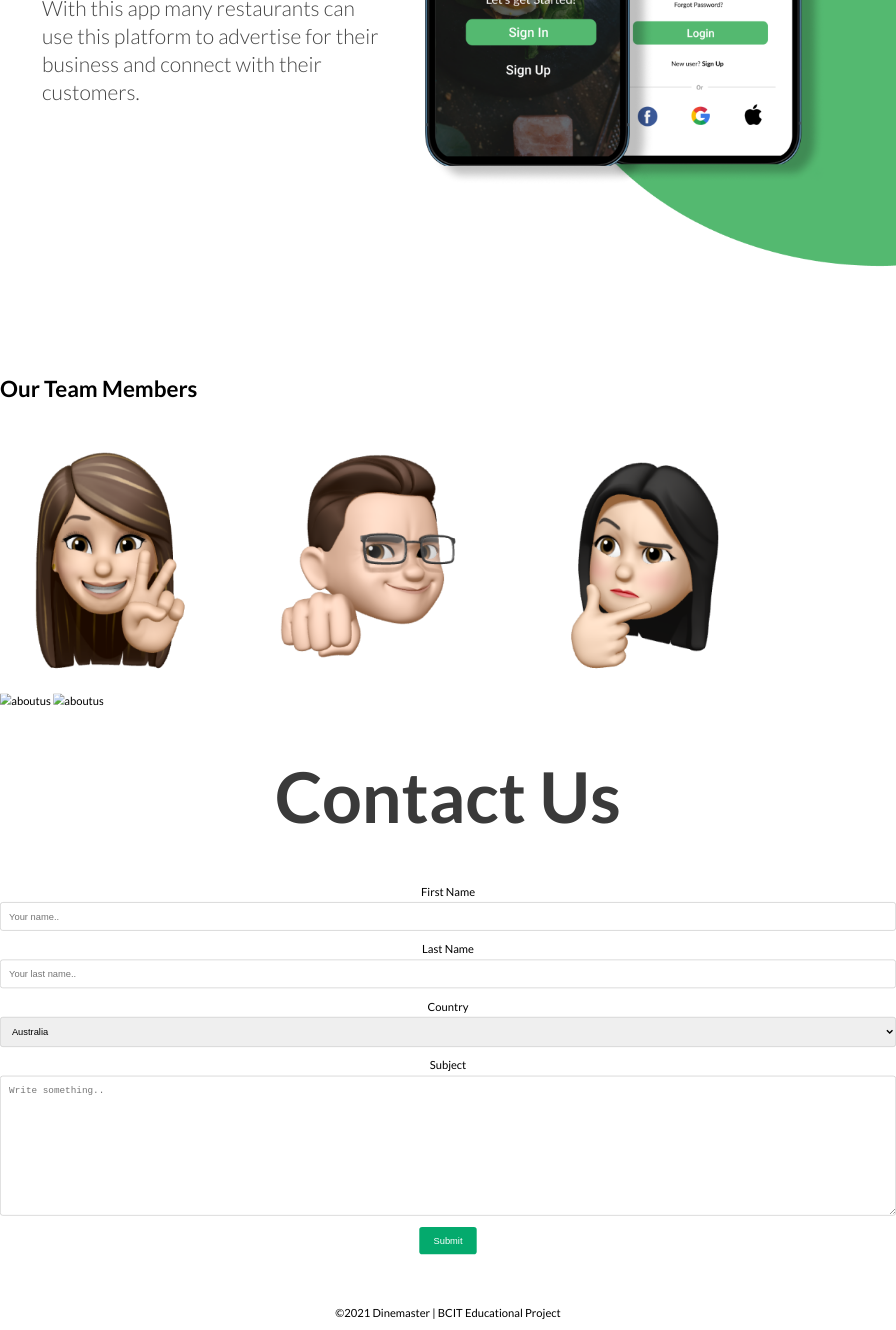
Repository: leahma1208/dinemaster
Page: index.html
These files come from the project's save history. The page is drawn as it stood at one moment and after a run of saves; the edit follows.
The browser window is 1280 px wide. The pictures show the part of the page from y = 3704 to 5624 px (the page is 5604 px tall before and 5624 px after), at 70% of full size.
A picture or video elsewhere on the page could not be fetched, so the positions and the page height are approximate.

Above is the page before, as saved 2021-05-07 12:25:18.

### index.html
<!DOCTYPE html>
<html lang="en">
<head>
    <meta charset="UTF-8">
    <meta http-equiv="X-UA-Compatible" content="IE=edge">
    <meta name="viewport" content="width=device-width, initial-scale=1.0">
    <link rel="stylesheet" href="style.css">
    <link rel="preconnect" href="https://fonts.gstatic.com">
<link href="https://fonts.googleapis.com/css2?family=Lato:ital,wght@0,300;0,400;0,700;0,900;1,400;1,700;1,900&display=swap" rel="stylesheet">
    <title>Dinemaster</title>
</head>
<body>
    <div class="holder">
    <div class="main-nav">
        <div class="logo"><img src="/img/Logo.svg" alt=""></div>
        <div class="nav">
            <a href="#feature">Features</a>
            <a href="#down">Download</a>
            <a href="#about">About us</a>
        </div>
    </div>
<!-- =========INTRO================= -->
    <div class="col intro">
        <div class="head-cont">
            <div class="head">Share, Post, Like &<br> Review Restaurants</div>
            <div class="text">Share your favourite restaurants visits with your friends and family! Keep track of your visits and rate other restaurants.</div>
        </div>

        <div class="vid">
            <iframe width="700" height="400" src="https://www.youtube.com/watch?v=QAF69FwPSKw" title="YouTube video player" frameborder="0" allow="accelerometer; autoplay; clipboard-write; encrypted-media; gyroscope; picture-in-picture" allowfullscreen></iframe>
        </div>

    </div>

<!-- =========PERSONAL ACCOUNTS================= -->
    <div class="col personal" id="feature">
        <div class="personal-img">
            <img src="/img/personal.svg" alt="personal">
        </div>

        <div class="per-cont">
            <div class="head">Personal Accounts</div>
            <div class="text ">Post your favourite meal and keep track of your previous visits! Recommend your favourite restaurants to your friends and family.</div>
        </div>
    </div>


    <!-- =========BUSINESS ACCOUNTS================= -->
    <div class="col business">

        <div class="per-cont">
            <div class="head">Business Accounts</div>
            <div class="text ">Are you a business owner? Advertise your business by posting your restaurant menus and daily specials. Also, receive customer feedbacks to improve and promote your business.</div>
        </div>

        <div class="business-img">
            <img src="/img/business.svg" alt="business">
        </div>
    </div>

    <!--================ DOWNLOAD APP============== -->
    <div class="download" id="down">
        <div class="down-cont">
            <div class="bighead">Download App</div>
            <div class="text">Install the app today to share your favourite restaurants with your friends and family!</div>
        </div>
        <div class="down-img">
            <img src="/img/download.svg" alt="download">
        </div>
        <div class="down-buttons">
            <img src="/img/app store.svg" alt="app store">
            <img src="/img/google play.svg" alt="playstore">
        </div>
    </div>

     <!-- =========ABOUT US================= -->
        <div class="col aboutus" id="about">

            <div class="per-cont">
                <div class="head">About Us</div>
                <h2 class="dine">Dinemaster</h2>
                <div class="text ">Dinemaster allows users to share their personal experience with a restaurant that they have visited. With this app many restaurants can use this platform to advertise for their business and connect with their customers.</div>
            </div>

            <div class="business-img">
                <img src="/img/Aboutus.png" alt="aboutus">
            </div>
        </div>

<!-- =========Team Members================= -->
        <div>
            <h1>Our Team Members</h1>
            <div class="img1">
                <img src="/img/image 4.png" alt="Maria Monay">
                <img src="/img/image 5.png" alt="Lance Bulseco">
                <img src="/img/39f8df7f1b6dbd378f3a219a0ab0f1ef-sticker 1.png" alt="Leah Ma">
            </div>
            <div class="img2">
                <img src="" alt="aboutus">
                <img src="" alt="aboutus">
            </div>
        </div>

<!-- =========Contact Us================= -->
        <div>
            <h1 class="Contact">Contact Us</h1>
            <form action="/action_page.php" class="submit">
                <label for="fname">First Name</label>
                <input type="text" id="fname" name="firstname" placeholder="Your name..">

                <label for="lname">Last Name</label>
                <input type="text" id="lname" name="lastname" placeholder="Your last name..">

                <label for="country">Country</label>
                <select id="country" name="country">
                  <option value="australia">Australia</option>
                  <option value="canada">Canada</option>
                  <option value="usa">USA</option>
                </select>

                <label for="subject">Subject</label>
                <textarea id="subject" name="subject" placeholder="Write something.." style="height:200px"></textarea>

                <input type="submit" value="Submit" >
              </form>
        </div>
<br>
<br>
<br>
<!-- =========Copy Right================= -->
<div class="copyright">
    <p>©2021 Dinemaster | BCIT Educational Project</p>
</div>
</div>
</body>
</html>

### style.css
body ,
html {
  margin: 0;
}

.holder {
  font-family: "Lato", sans-serif;
}

/* ===============NAV BAR============ */
.main-nav {
  display: flex;
  padding-top: 50px;
  justify-content: space-between;
  max-width: 90vw;
  margin: auto;
}

.logo > img {
  width: 350px;
}

.nav {
  display: flex;
  justify-content: space-between;
  min-width: 650px;
}

.nav > a {
  text-decoration: none;
  color: #222222;
  font-size: 30px;
}

a:hover {
  color: #727272;
}
/* ===========FIRST COL=================== */

.col {
  display: flex;
}

.intro {
  max-width: 90vw;
  margin: auto;
  margin-top: 300px;
  justify-content: space-between;
}

.head {
  font-size: 60px;
  color: #3a3a3a;
  font-weight: 400;
}
.text {
  font-size: 30px;
  line-height: 40px;
  color: #444444;
  margin-top: 30px;
  font-weight: 300;
  max-width: 700px;
}

.vid {
  margin-left: 100px;
}

/* ========PERSONAL============== */
.personal {
  margin-top: 150px;
  justify-content: space-between;
}

.personal-img {
  margin-right: 100px;
}

.per-cont {
  margin: auto;
  padding: 60px;
}

/* ========BUSINESS============== */
.business {
  margin-top: 100px;
  justify-content: space-between;
}

/* ======DOWNLOAD============= */

.download {
  max-width: 90vw;
  margin: auto;
  display: flex;
  flex-direction: column;
  justify-content: center;
  align-items: center;
}

.down-cont {
  margin-top: 250px;
  text-align: center;
}

.bighead {
  font-size: 100px;
  font-weight: 700;
  color: #3a3a3a;
}

.down-img {
  margin-top: 100px;
  margin-bottom: 100px;
}

.down-buttons {
  display: flex;
  justify-content: space-around;
}

.down-buttons > img {
  padding: 10px;
}

/* ======ABOUTUS============= */
.dine{
font-size: 40px;
}
/* ======ABOUTUS============= */
.img1{
  display: flex;
  flex-direction: row;
  padding: 10px;
}




/*==========Contact==============*/


input[type=text], select, textarea {
  width: 100%;
  padding: 12px;
  border: 1px solid #ccc;
  border-radius: 4px;
  box-sizing: border-box;
  margin-top: 6px;
  margin-bottom: 16px;
  resize: vertical;
}

input[type=submit] {
  background-color: #04AA6D;
  color: white;
  padding: 12px 20px;
  border: none;
  border-radius: 4px;
  cursor: pointer;
}

input[type=submit]:hover {
  background-color: #45a049;
}

.container {
  border-radius: 5px;
  background-color: #f2f2f2;
  padding: 20px;
}

.Contact{
  display: flex;
  justify-content: center;
  font-size: 100px;
  font-weight: 700;
  color: #3a3a3a;
}

.submit{
  display: flex;
  justify-content: center;
  align-items: center;
  flex-direction: column;
}
/*========Copy========*/

.copyright{
  display: flex;
  align-items: center;
  justify-content: center;
  font-weight:200px;
}

After the next 2 saves:
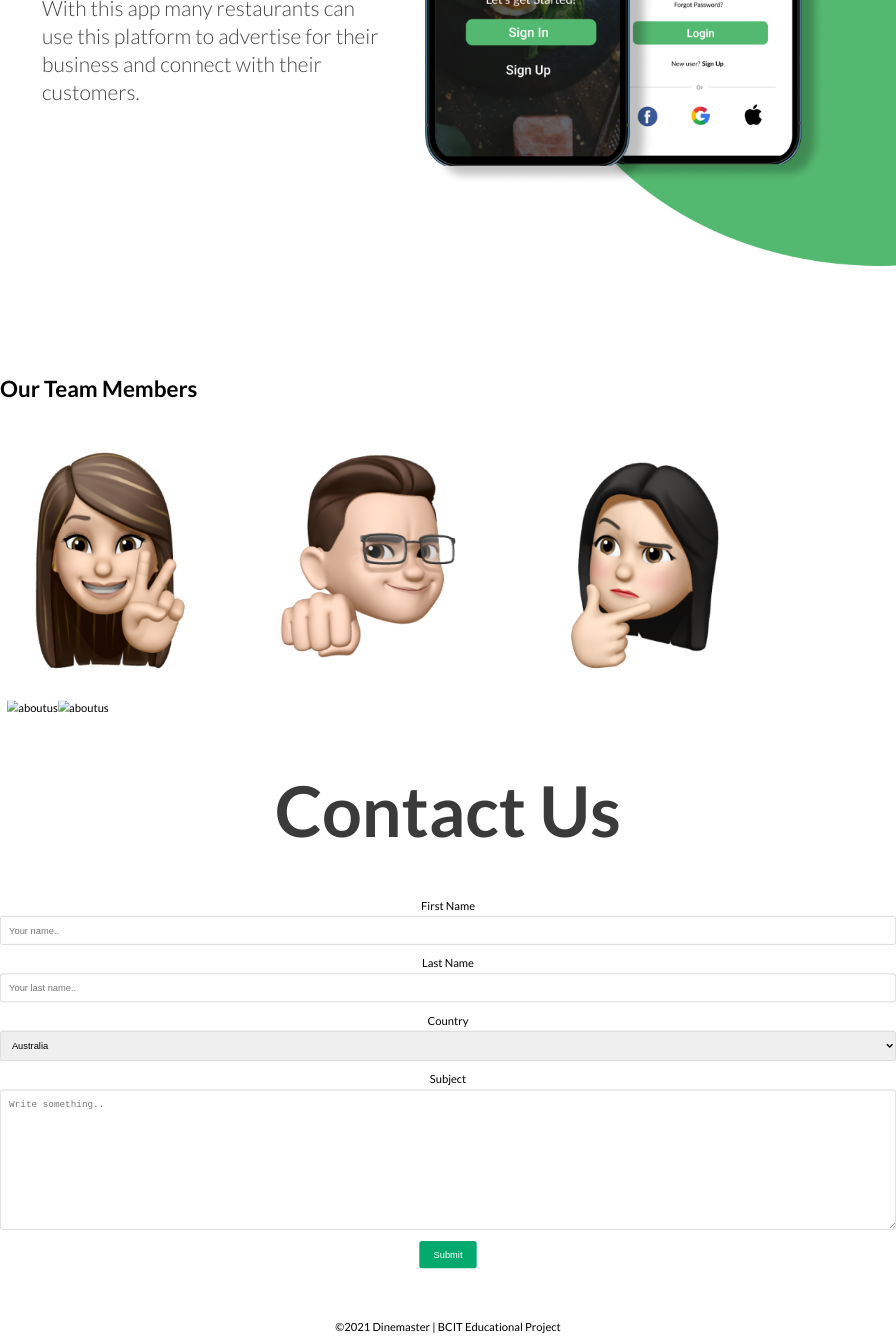
The 2 saves are shown as one change because they came seconds apart.
The last was saved 16 s later.
--- a/style.css
+++ b/style.css
@@ -129,6 +129,12 @@
 }
 /* ======ABOUTUS============= */
 .img1{
+  display: flex;
+  flex-direction: row;
+  padding: 10px;
+}
+
+.img2{
   display: flex;
   flex-direction: row;
   padding: 10px;
